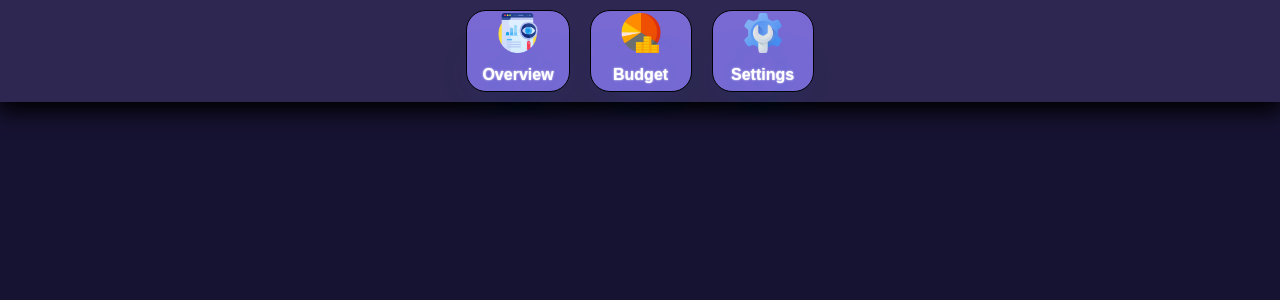
Repository: Minkeani/Money-Manager
Page: /Overview
These files come from the project's save history. The page is drawn as it stood at one moment and after the next save; the edit follows.
The browser window is 1280 px wide. The pictures show the whole page.
The project was rebuilt for these pictures with package versions that can differ from the ones it lists, and the page was loaded fresh each time. Also part of the build but not shown: src/components/Budget/Budget.jsx, src/components/Settings/Settings.jsx, src/components/NotFound/NotFound.jsx.

Above is the page before, as saved 2022-07-12 21:15:52.

### src/index.js
import React from 'react';
import ReactDOM from 'react-dom/client';
import './styles/index.css'
import App from './App';

const root = ReactDOM.createRoot(document.getElementById('root'));
root.render(
    <App />
);

### src/styles/index.css
:root {
  --color-theme: #161231;
	--color-white: #fff;
	--color-black: #000;
	--color-dark-gray: #10100e;
	--color-yellow: #ffff00;
	--color-blue: #6884fb;
	--color-red: #f75d83;
	--font-bold: 600;
	--color-violet: #ae72c2;
	--text-shadow-yellow:
		0 0 2px var(--color-white),
		0 0 40px var(--color-blue);

	--spacing-medium: 20px;

	--spacing-small: 10px;

	--spacing-ultra-small: 5px;

	--spacing-large: 30px;

	--font-family-main: sans-serif;

	--border-radius-small: 3px;

	--border-radius-medium: 5px;

	--margin-list: 7px;

	--font-size-main: 16px;

	--font-size-header: 26px;

	--font-size-subheader: 18px;

	/* Theme */
	--theme-light-header: #dfe2df;

	--theme-dark-header: #ca6ca6;

	--theme-neitral-header: #cccc46;

	--theme-default-header: var(--theme-neitral-header);

	--transition: .4s;

	--theme-light-bg-img: linear-gradient(to top, #b7b7b7, #a396b0, #9a72a0, #984986, #960062);

	--theme-dark-bg-img:  linear-gradient(to top, #6a2b60, #532143, #3b192b, #221118, #000000);

	--width-max: 1200px

}
body {
  margin: 0;
	padding: 0;
	background-color: var(--color-theme);
  font-family: -apple-system, BlinkMacSystemFont, 'Segoe UI', 'Roboto', 'Oxygen',
    'Ubuntu', 'Cantarell', 'Fira Sans', 'Droid Sans', 'Helvetica Neue',
    sans-serif;
  -webkit-font-smoothing: antialiased;
  -moz-osx-font-smoothing: grayscale;
}

code {
  font-family: source-code-pro, Menlo, Monaco, Consolas, 'Courier New',
    monospace;
}

### src/App.js
import styles from './App.module.css';
import Header from './components/Header/Header';
import RoutesConfig from './routes/RoutesConfig';
import { Routes, Route, BrowserRouter, Router } from 'react-router-dom';

function App() {
  return (
    <div className={styles.App}>
      <BrowserRouter>
        <div className={styles.wrapper}>
          <Header/>
            <Routes>
              {RoutesConfig.map((route, index) => (
                <Route
                  key={index}
                  exact={route.exact}
                  element={<route.element/>}
                  path={route.path}
                />
              ))}
            </Routes>
        </div>
      </BrowserRouter>
    </div>
  );
}

export default App;

### src/App.module.css
.App {
  text-align: center;
  display: flex;
  justify-content: center;
  align-items: center;
  margin: 0 auto;
}

.App-logo {
  height: 40vmin;
  pointer-events: none;
}

.wrapper {
  width: 100%;
}

@media (prefers-reduced-motion: no-preference) {
  .App-logo {
    animation: App-logo-spin infinite 20s linear;
  }
}

.App-header {
  background-color: #282c34;
  min-height: 100vh;
  display: flex;
  flex-direction: column;
  align-items: center;
  justify-content: center;
  font-size: calc(10px + 2vmin);
  color: white;
}

.App-link {
  color: #61dafb;
}

@keyframes App-logo-spin {
  from {
    transform: rotate(0deg);
  }
  to {
    transform: rotate(360deg);
  }
}

### src/components/Header/Header.jsx
import React from 'react'
import styles from './Header.module.css'
import { Link } from 'react-router-dom';
import Budget from '../../icons/budget.svg'
import overview from '../../icons/Overview.svg'
import settings from '../../icons/settings.svg'


export default function Header() {
  return (
    <div className={styles.container}>
    <ul className={styles.list__container}>
        <li>
            <img src={overview} alt="" />
            <Link to='/Overview' exact='true' >
                Overview</Link>
        </li>
        <li>
            <img src={Budget} alt="" />
            <Link to='/Budget' exact='true' >Budget</Link></li>
        <li>
            <img src={settings} alt="" />
            <Link to="/Settings" exact='true'>Settings</Link></li>
    </ul>

    </div>
  )
}

### src/routes/RoutesConfig.js
import Budget from "../components/Budget/Budget"
import Overview from "../components/Overview/Overview"
import Settings from "../components/Settings/Settings"
import NotFound from "../components/NotFound/NotFound"

const RoutesConfig = [
    {
        path: '/Budget',
        exact: true,
        element: Budget
    },
    {
        path: '/Overview',
        exact: true,
        element: Overview
    },
    {
        path: '/Settings',
        exact: true,
        element: Settings
    }, {
        path: '/NotFound',
        exact: true,
        element: NotFound
    },

]

export default RoutesConfig

### src/components/Header/Header.module.css
.container {
    display: flex;
    align-items: center;
    justify-content: center;
    margin-bottom: var(--spacing-large);
    background-color: #2d2751;
    width: 100%;
    box-shadow: 0px 7px 20px 2px ;
}
.list__container {
    display: flex;
    flex-wrap: wrap;
    margin: 0;
    padding: 0;
    list-style-type: none;
}

.list__container li {
    background-color: #7869d3;

    border: 1px solid black;
    margin: 10px;
    border-radius: 20px;
    cursor: pointer
}

.list__container li:hover {
    background-color: var(--color-violet);

}
.list__container a {
    display: block;
    margin: 0 10px;
    padding: 5px 3px;
    min-width: 70px;
    border: 2px solid transparent;
    border-radius: var(--border-radius-small);
    color: var(--color-white);
    text-align: center;
    font-family: var(--font-family-main);
    text-decoration: none;
    font-weight: var(--font-bold);
    text-shadow: var(--text-shadow-yellow);
    transition: var(--transition);
}

.list__container img {
    height: 2.5rem;
    margin: 0.1375rem;
    width: 2.5rem;
}
.list__container :global(a.active) {
    border: 2px solid var(--color-violet);
    color: var(--color-violet);
    text-shadow: none;
}

.logo {
    width: 60px;
    height: 60px;
    margin-right: var(--spacing-large);
    object-fit: cover;
    object-position: center center;
}

### src/components/Overview/Overview.jsx
import React from 'react'

export default function Overview() {
  return (
    <div>

    </div>
  )
}

Loaded but not shown: public/index.html (common file)

After the next save:
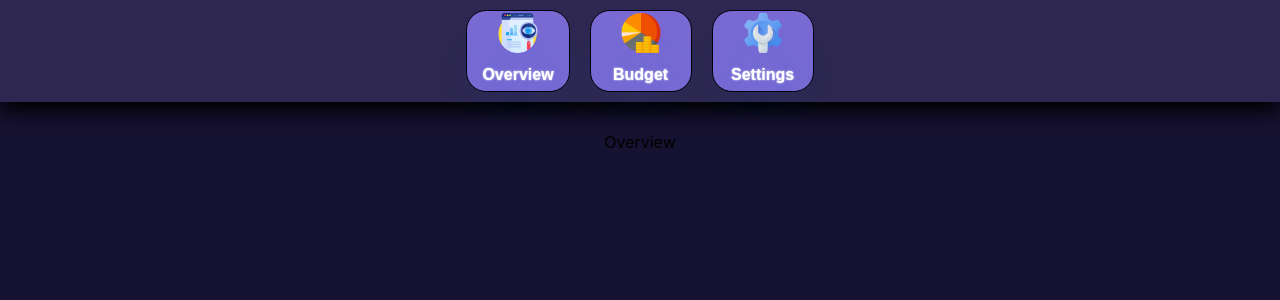
Saved 4 s later.
--- a/src/components/Overview/Overview.jsx
+++ b/src/components/Overview/Overview.jsx
@@ -3,7 +3,7 @@
 export default function Overview() {
   return (
     <div>
-
+      Overview
     </div>
   )
 }

After the save that followed:
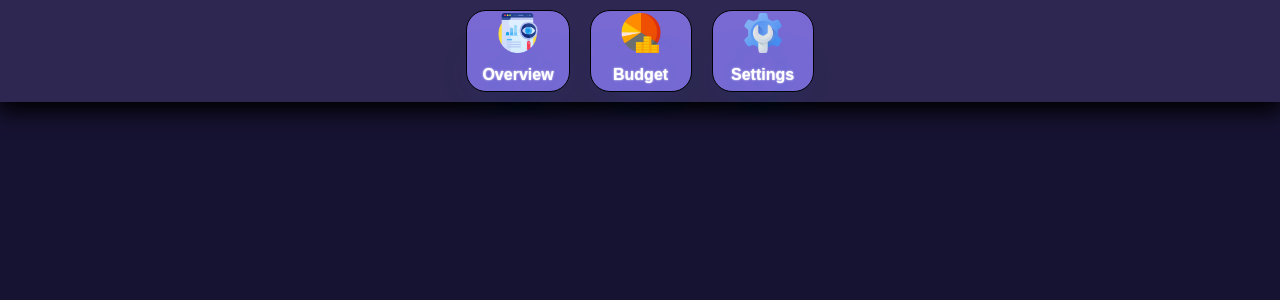
Saved 8 s later.
--- a/src/components/Overview/Overview.jsx
+++ b/src/components/Overview/Overview.jsx
@@ -3,7 +3,6 @@
 export default function Overview() {
   return (
     <div>
-      Overview
     </div>
   )
 }
